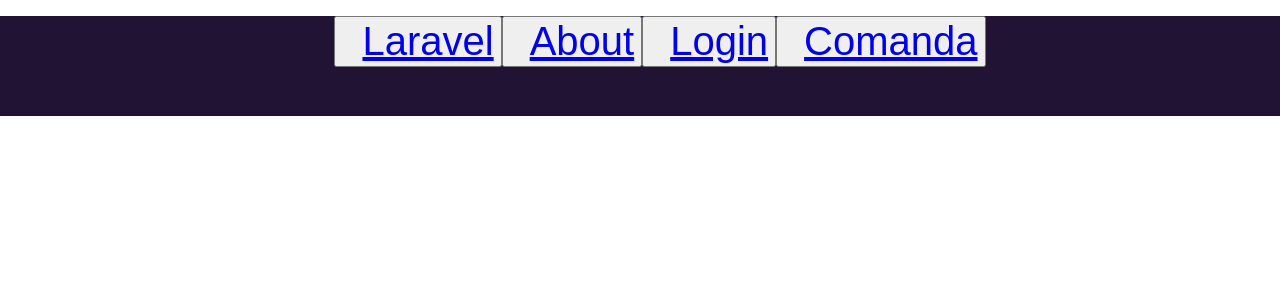
Repository: LauLupu/Progetto
Page: http://localhost/home
These files come from the project's save history. The page is drawn as it stood at one moment and after the next save; the edit follows.
The browser window is 1280 px wide. The pictures show the whole page.
The page is served by the project's Laravel application, run on PHP 8.4 with Laravel 8. Other server files are loaded and not shown.

Above is the page before, as saved 2021-08-24 09:19:09.

### routes/web.php
<?php

use App\Http\Controllers\inventoryController;
use Illuminate\Support\Facades\Route;

/*
|--------------------------------------------------------------------------
| Web Routes
|--------------------------------------------------------------------------
|
| Here is where you can register web routes for your application. These
| routes are loaded by the RouteServiceProvider within a group which
| contains the "web" middleware group. Now create something great!
|
*/

Route::get('/', function () {
    return view('Welcome');
});

Route::get('/home', function () {
    return view('home');
});

Route::get('/About', function () {
    return view('About');
});

Route::get('/comanda', function () {
    return view('Comanda');
});

Route::resource('gusturi','App\Http\Controllers\ComandaController');

Route::get('list',[inventoryController::class,'show']);

Route::get('/dashboard', function () {
    return view('dashboard');
})->middleware(['auth'])->name('dashboard');

require __DIR__.'/auth.php';

### resources/views/home.blade.php
<!DOCTYPE html>
<html lang="en">
<head>
    <meta charset="UTF-8">
    <meta http-equiv="X-UA-Compatible" content="IE=edge">
    <meta name="viewport" content="width=device-width, initial-scale=1.0">
    <title>Document</title>
</head>
<body>
<style>
    body {
        margin: 0px;
    }
    .navbar {
        width: 100%;
        height: 100px;
        background-color:#211334;
    }
    .navbar ol {
        display: flex;
        justify-content: center;
        align-items: center;
    }
    .navbar li {
        display: inline-block;
        font-size: 40px;
        margin-left: 20px;
    }
</style>
<body>
<nav class="navbar">
    <ol>
    <button type="button" class="btn btn-primary"><li><a href="/">Laravel</a></li></button>
    <button type="button" class="btn btn-primary"><li><a href="/About">About</a></li></button>
    <button type="button" class="btn btn-primary"><li><a href="/login">Login</a></li></button>
    <button type="button" class="btn btn-primary"><li><a href="/comanda">Comanda</a></li></button>
    </ol>
</nav>
</body>
</html>

Loaded but not shown: routes/auth.php (common file)

After the next save:
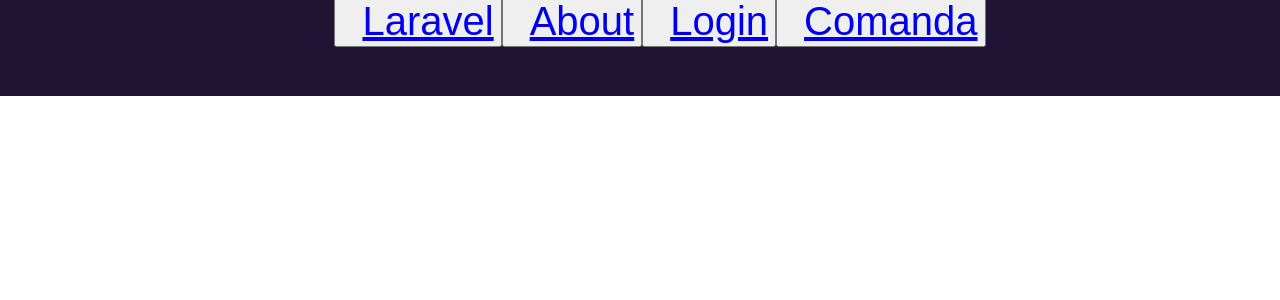
Saved 16 s later.
--- a/resources/views/home.blade.php
+++ b/resources/views/home.blade.php
@@ -12,6 +12,7 @@
         margin: 0px;
     }
     .navbar {
+        margin-top: -20px;
         width: 100%;
         height: 100px;
         background-color:#211334;
